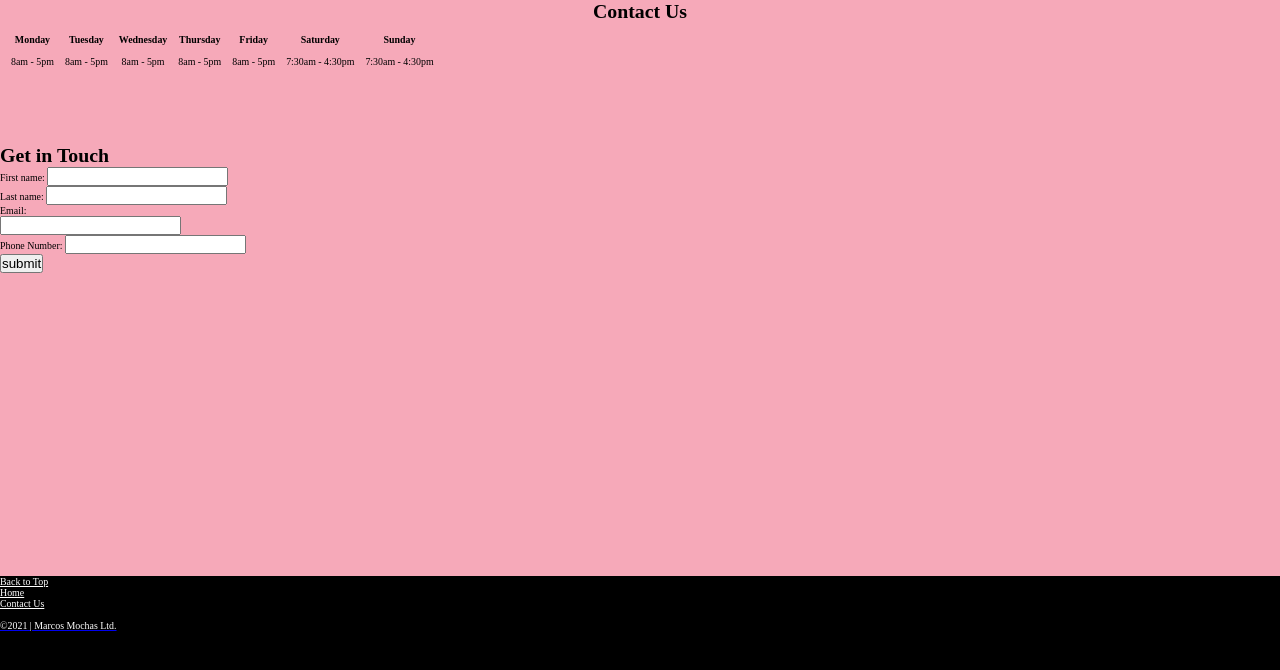
Repository: CAMPSLOPY/marcos-mochas
Page: HTML/contact.html
An editor plug-in stored every save of this project. The page is shown before and after the next save, followed by the edit.
The browser window is 1280 px wide. The pictures show the whole page.

Above is the page before, as saved 2021-07-02 17:31:48.

After the next save:
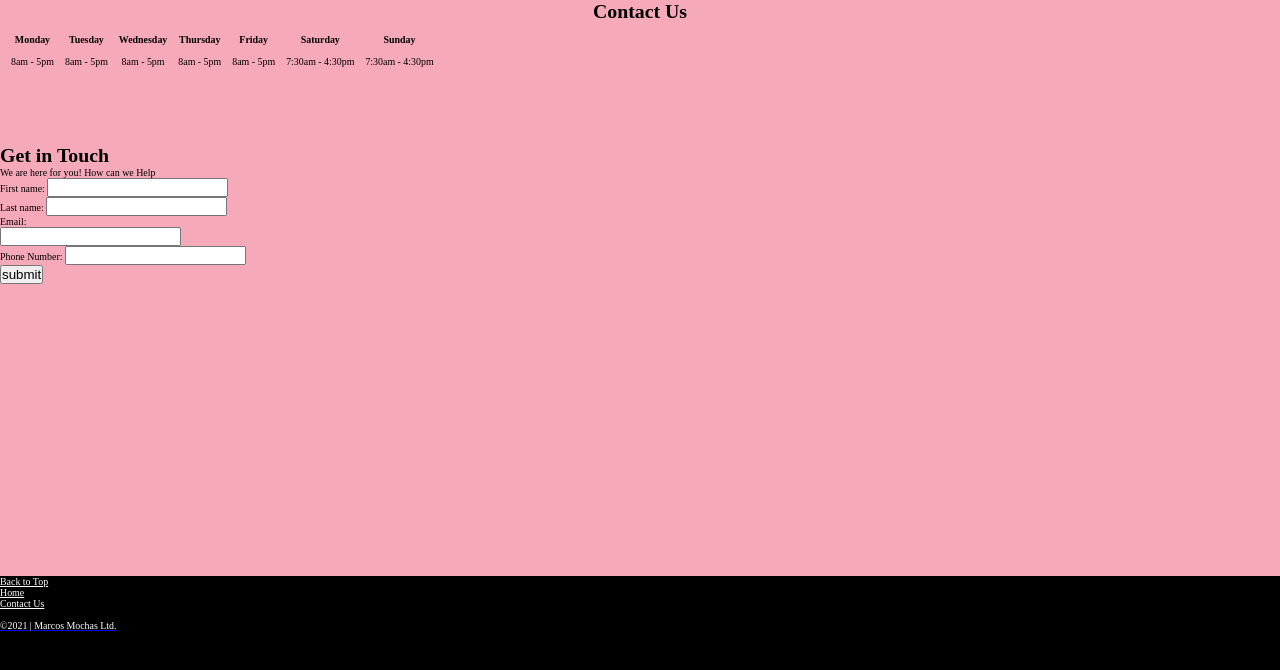
Saved 13 s later.
--- a/HTML/contact.html
+++ b/HTML/contact.html
@@ -46,7 +46,7 @@
 </header>
     <main>
         <h1>Get in Touch</h1>
-        <p></p>
+        <p>We are here for you! How can we Help </p>
         <!--Hours table start here-->
 
         <!--Form starts here-->
